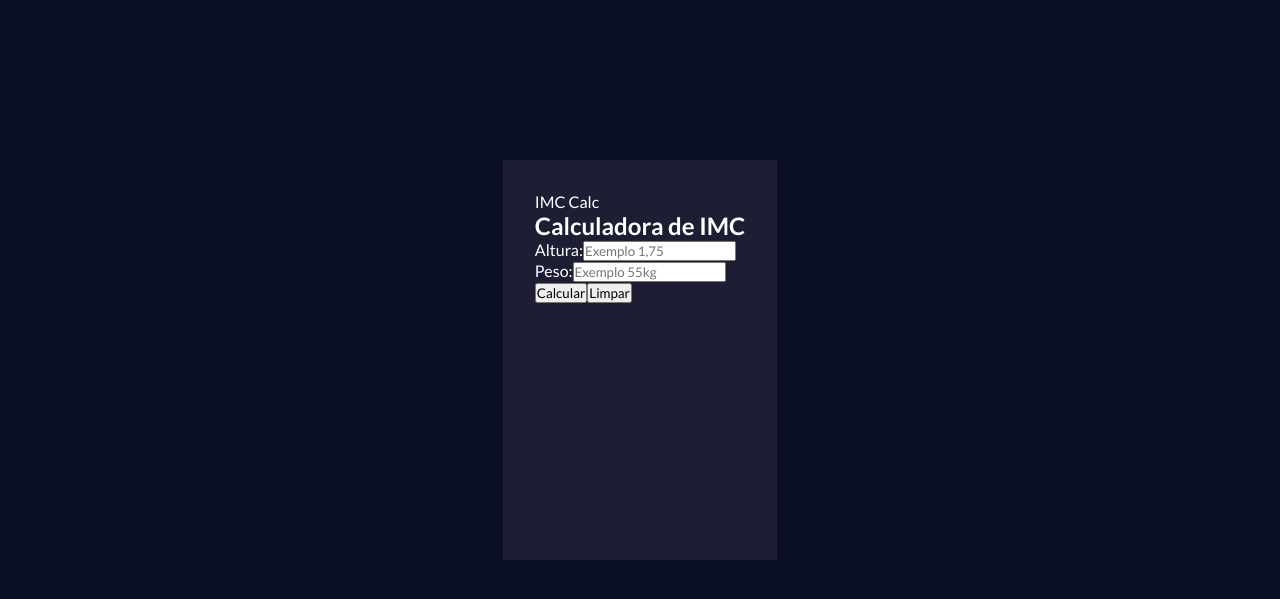
Repository: Bitroia/imc-calc-react
Page: / (app in imc/imc-calc/)
An editor plug-in stored every save of this project. The page is shown before and after a run of saves, followed by the edit.
The browser window is 1280 px wide. The pictures show the whole page.
The project was rebuilt for these pictures with package versions that can differ from the ones it lists, and the page was loaded fresh each time. Also part of the build but not shown: imc/imc-calc/vite.config.js, imc/imc-calc/src/components/Button.css.

Above is the page before, as saved 2026-05-26 18:40:23.

After the next 5 saves:
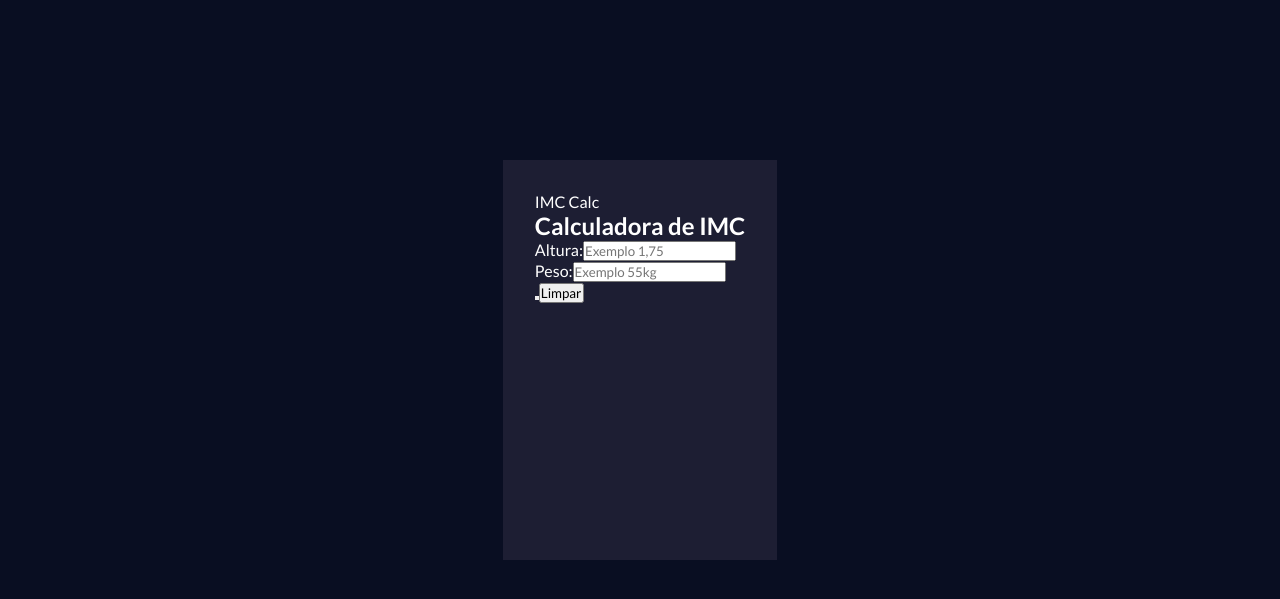
The 5 saves are shown as one change because 2 did not build or start and some came seconds apart.
The last was saved 22 s later.
--- a/imc/imc-calc/src/components/ImcCalc.jsx
+++ b/imc/imc-calc/src/components/ImcCalc.jsx
@@ -27,7 +27,7 @@ const ImcCalc = () => {
           </div>
         </div>
         <div className="action-control">
-            <button>Calcular</button>
+            <Button/>
             <button>Limpar</button>
         </div>
       </form>
